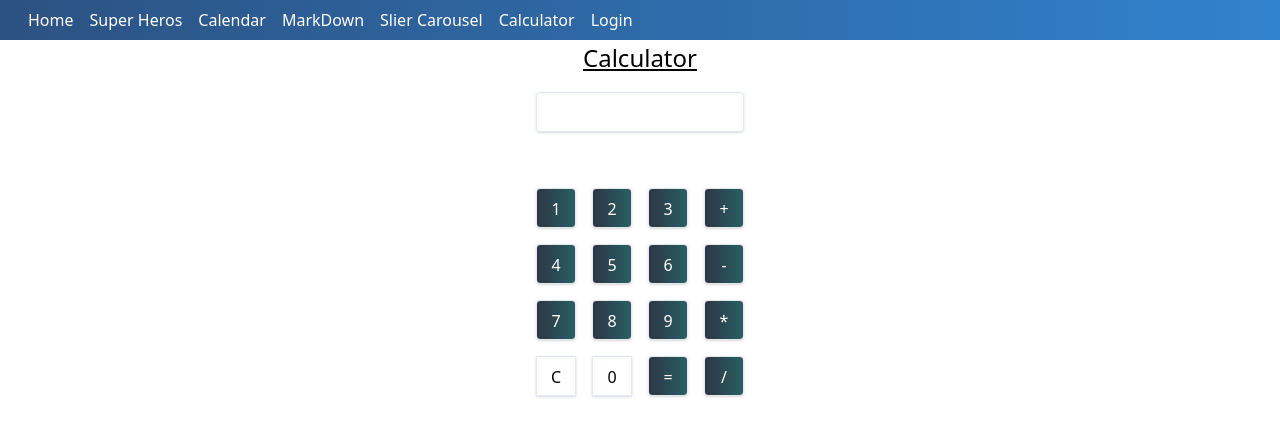
Repository: kshvkndl/VueFullCoursePractice
Page: /calculator
The author's editor kept a copy of each file at every save. The page is drawn from the files as they stood at one save, then again after the next save.
The browser window is 1280 px wide. The pictures show the whole page.
The project was rebuilt for these pictures with package versions that can differ from the ones it lists, and the page was loaded fresh each time. Also part of the build but not shown: src/components/login/GoogleLogin.vue, src/components/LoginModal.vue, src/pages/SuperHeros.vue, src/pages/Calender.vue, src/pages/Home.vue, src/utilities/mixins/debounce.js, src/pages/MarkDown.vue, src/pages/Slider.vue.

Above is the page before, as saved 2020-11-24 17:18:10.

### src/main.js
import { createApp } from 'vue'
import App from './App.vue'
import './assets/style.css'
import router from './router'

const app = createApp(App);
app.use(router);
app.mount('#app');

### src/App.vue
<template>
  <AppHeader
    :isLoggedIn="isLoggedIn"
    @open-login-modal="isLoginOpen = true"
  ></AppHeader>
  <div class="w-full flex">
    <router-view></router-view>
  </div>
  <LoginModal
    v-if="isLoginOpen"
    @close-login-modal="isLoginOpen = false"
  ></LoginModal>
  <calculator></calculator>
</template>

<script>
import AppHeader from "@/components/AppHeader";
import LoginModal from "@/components/LoginModal";
import firebase from "@/utilities/firebase";

export default {
  data() {
    return {
      isLoginOpen: false,
      isLoggedIn: false,
      authUser: {},
    };
  },
  mounted() {
    firebase.auth().onAuthStateChanged((user) => {
      if (user) {
        // User is signed in, see docs for a list of available properties
        // https://firebase.google.com/docs/reference/js/firebase.User
        this.isLoggedIn = true;
        this.authUser = user;
        // ...
      } else {
        // User is signed out
        // ...
        this.isLoggedIn = false;
        this.authUser = {};
      }
    });
  },
  components: { AppHeader, LoginModal },
};
</script>

### src/router.js
import { createRouter, createWebHistory } from 'vue-router';
import SuperHeros from '@/pages/SuperHeros'
import Calender from '@/pages/Calender'
import Home from '@/pages/Home'
import MarkDown from '@/pages/MarkDown'
import Slider from '@/pages/Slider'
import Calculator from '@/pages/Calculator'


const routes = [
    { path: '/', component: Home },
    { path: '/super-heros', component: SuperHeros },
    { path: '/calendar', component: Calender },
    { path: '/markdown', component: MarkDown },
    { path: '/slider', component: Slider },
    { path: '/calculator', component: Calculator },
]

const router = createRouter({
    history: createWebHistory(),
    routes,
});
export default router;

### src/components/AppHeader.vue
<template>
  <nav
    class="w-full bg-gradient-to-r from-blue-800 to-blue-600 text-white px-5 py-2"
  >
    <router-link
      class="mx-2"
      v-for="item in list"
      :key="item.to"
      :to="item.to"
      >{{ item.title }}</router-link
    >
    <button v-if="isLoggedIn" class="mx-2" @click="logout">Logout</button>
    <button class="mx-2" v-else @click="$emit('open-login-modal')">
      Login
    </button>
  </nav>
</template>


<script>
import firebase from "@/utilities/firebase";

export default {
  props: { isLoggedIn: Boolean },
  data() {
    return {
      list: [
        { title: "Home", to: "/" },
        { title: "Super Heros", to: "/super-heros" },
        { title: "Calendar", to: "/calendar" },
        { title: "MarkDown", to: "/markdown" },
        { title: "Slier Carousel", to: "/slider" },
        { title: "Calculator", to: "/calculator" },
      ],
    };
  },

  methods: {
    logout() {
      firebase.auth().signOut();
      // .then((res) => {})
      // .catch((e) => {});
    },
  },
};
</script>

### src/utilities/firebase.js
import firebase from "firebase/app";
import "firebase/auth";

//Initialize Firebase in your app:
const firebaseConfig = {
    apiKey: "AIzaSyDjvIW3oj4Y3b7An_zw7nLTcy3s7ri5iV8",
    authDomain: "vue3-10hr-course.firebaseapp.com",
    databaseURL: "https://vue3-10hr-course.firebaseio.com",
    projectId: "vue3-10hr-course",
    storageBucket: "vue3-10hr-course.appspot.com",
    messagingSenderId: "142849199726",
    appId: "1:142849199726:web:1e3863fc8388efd1ade07f"
};

// Initialize Firebase
firebase.initializeApp(firebaseConfig);

export default firebase;

### src/pages/Calculator.vue
<template>
  <section class="flex w-full">
    <div class="m-auto">
      <h1 class="text-2xl text-center"><u>Calculator</u></h1>
      <p
        class="text-2xl text-right my-4 border rounded shadow w-45 h-10 p-1 overflow-x-hidden"
        style="direction: rtl"
      >
        {{ currentNum }}
      </p>

      <div class="h-10">
        <small> {{ prevNum }} {{ selectedOperation }} {{ currentNum }} </small>
      </div>

      <div class="mb-10 grid grid-cols-4 gap-4">
        <button
          @click="buttonPressed('1')"
          class="p-2 border shadow w-10 h-10 rounded text-white bg-gradient-to-r from-gray-800 to-teal-800"
        >
          1
        </button>
        <button
          @click="buttonPressed('2')"
          class="p-2 border shadow w-10 h-10 rounded text-white bg-gradient-to-r from-gray-800 to-teal-800"
        >
          2
        </button>
        <button
          @click="buttonPressed('3')"
          class="p-2 border shadow w-10 h-10 rounded text-white bg-gradient-to-r from-gray-800 to-teal-800"
        >
          3
        </button>
        <button
          @click="buttonPressed('+')"
          class="p-2 border shadow w-10 h-10 rounded text-white bg-gradient-to-r from-gray-800 to-teal-800"
        >
          +
        </button>
        <button
          @click="buttonPressed('4')"
          class="p-2 border shadow w-10 h-10 rounded text-white bg-gradient-to-r from-gray-800 to-teal-800"
        >
          4
        </button>
        <button
          @click="buttonPressed('5')"
          class="p-2 border shadow w-10 h-10 rounded text-white bg-gradient-to-r from-gray-800 to-teal-800"
        >
          5
        </button>
        <button
          @click="buttonPressed('6')"
          class="p-2 border shadow w-10 h-10 rounded text-white bg-gradient-to-r from-gray-800 to-teal-800"
        >
          6
        </button>
        <button
          @click="buttonPressed('-')"
          class="p-2 border shadow w-10 h-10 rounded text-white bg-gradient-to-r from-gray-800 to-teal-800"
        >
          -
        </button>
        <button
          @click="buttonPressed('7')"
          class="p-2 border shadow w-10 h-10 rounded text-white bg-gradient-to-r from-gray-800 to-teal-800"
        >
          7
        </button>
        <button
          @click="buttonPressed('8')"
          class="p-2 border shadow w-10 h-10 rounded text-white bg-gradient-to-r from-gray-800 to-teal-800"
        >
          8
        </button>
        <button
          @click="buttonPressed('9')"
          class="p-2 border shadow w-10 h-10 rounded text-white bg-gradient-to-r from-gray-800 to-teal-800"
        >
          9
        </button>
        <button
          @click="buttonPressed('*')"
          class="p-2 border shadow w-10 h-10 rounded text-white bg-gradient-to-r from-gray-800 to-teal-800"
        >
          *
        </button>
        <button
          @click="buttonPressed('c')"
          class="p-2 border shadow h-10 rounder"
        >
          C
        </button>
        <button
          @click="buttonPressed('0')"
          class="p-2 border shadow h-10 rounder"
        >
          0
        </button>
        <button
          @click="buttonPressed('=')"
          class="p-2 border shadow w-10 h-10 rounded text-white bg-gradient-to-r from-gray-800 to-teal-800"
        >
          =
        </button>
        <button
          @click="buttonPressed('/')"
          class="p-2 border shadow w-10 h-10 rounded text-white bg-gradient-to-r from-gray-800 to-teal-800"
        >
          /
        </button>
      </div>
    </div>
  </section>
</template>

<script>
import { onMounted, onUnmounted, ref } from "vue";
export default {
  setup() {
    const currentNum = ref("");
    const prevNum = ref("");
    const selectedOperation = ref("");
    const operations = ["+", "-", "*", "/"];
    const numbers = ["1", "2", "3", "4", "5", "6", "7", "8", "9", "0"];

    function buttonPressed(value) {
      if (value === "=" || value === "Enter") calculate();

      if (value === "c") clear();
      else if (operations.includes(value)) applyOperation(value);
      else if (numbers.includes(value)) appendNumber(value);
    }

    function appendNumber(value) {
      currentNum.value = currentNum.value + value;
    }

    function applyOperation(value) {
      calculate();
      prevNum.value = currentNum.value;
      currentNum.value = "";
      selectedOperation.value = value;
    }

    function calculate() {
      if (selectedOperation.value === "+") sum();
      else if (selectedOperation.value === "-") subtract();
      else if (selectedOperation.value === "*") multiply();
      else if (selectedOperation.value === "/") divide();

      prevNum.value = "";
      selectedOperation.value = "";
    }
    const sum = () => (currentNum.value = +prevNum.value + +currentNum.value);
    const subtract = () =>
      (currentNum.value = prevNum.value - currentNum.value);
    const multiply = () =>
      (currentNum.value = prevNum.value * currentNum.value);
    const divide = () => (currentNum.value = prevNum.value / currentNum.value);

    const clear = () => (currentNum.value = "");

    const handleKeydown = (e) => buttonPressed(e.key);

    onMounted(() => window.addEventListener("keydown", handleKeydown));

    onUnmounted(() => window.removeEventListener("keydown", handleKeydown));

    return {
      currentNum,
      buttonPressed,
      selectedOperation,
      prevNum,
    };
  },
};
</script>

Loaded but not shown: public/index.html (common file); src/assets/style.css (common file); tailwind.config.js (common file)

After the next save:
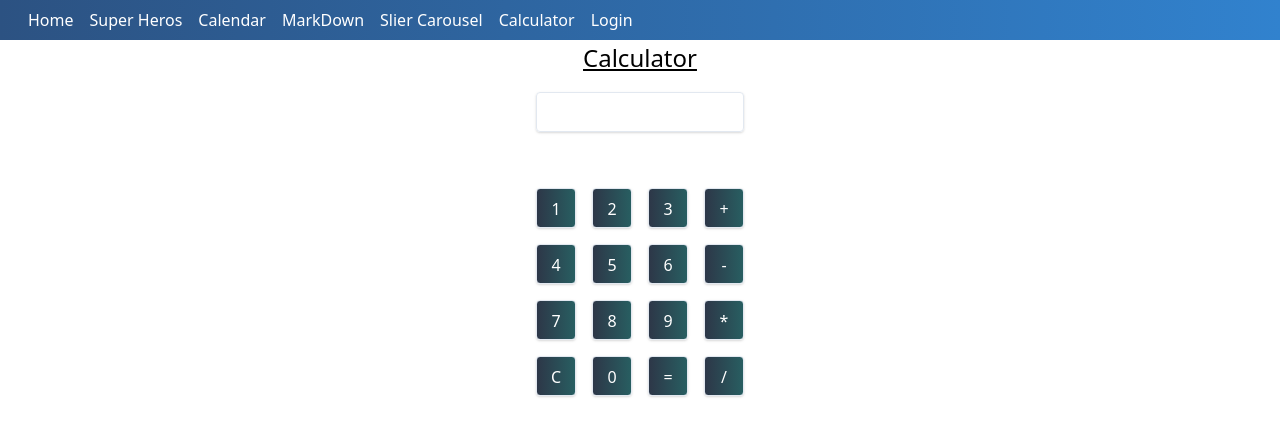
Saved 47 s later.
--- a/src/pages/Calculator.vue
+++ b/src/pages/Calculator.vue
@@ -88,13 +88,13 @@
         </button>
         <button
           @click="buttonPressed('c')"
-          class="p-2 border shadow h-10 rounder"
+          class="p-2 border shadow w-10 h-10 rounded text-white bg-gradient-to-r from-gray-800 to-teal-800"
         >
           C
         </button>
         <button
           @click="buttonPressed('0')"
-          class="p-2 border shadow h-10 rounder"
+          class="p-2 border shadow w-10 h-10 rounded text-white bg-gradient-to-r from-gray-800 to-teal-800"
         >
           0
         </button>
